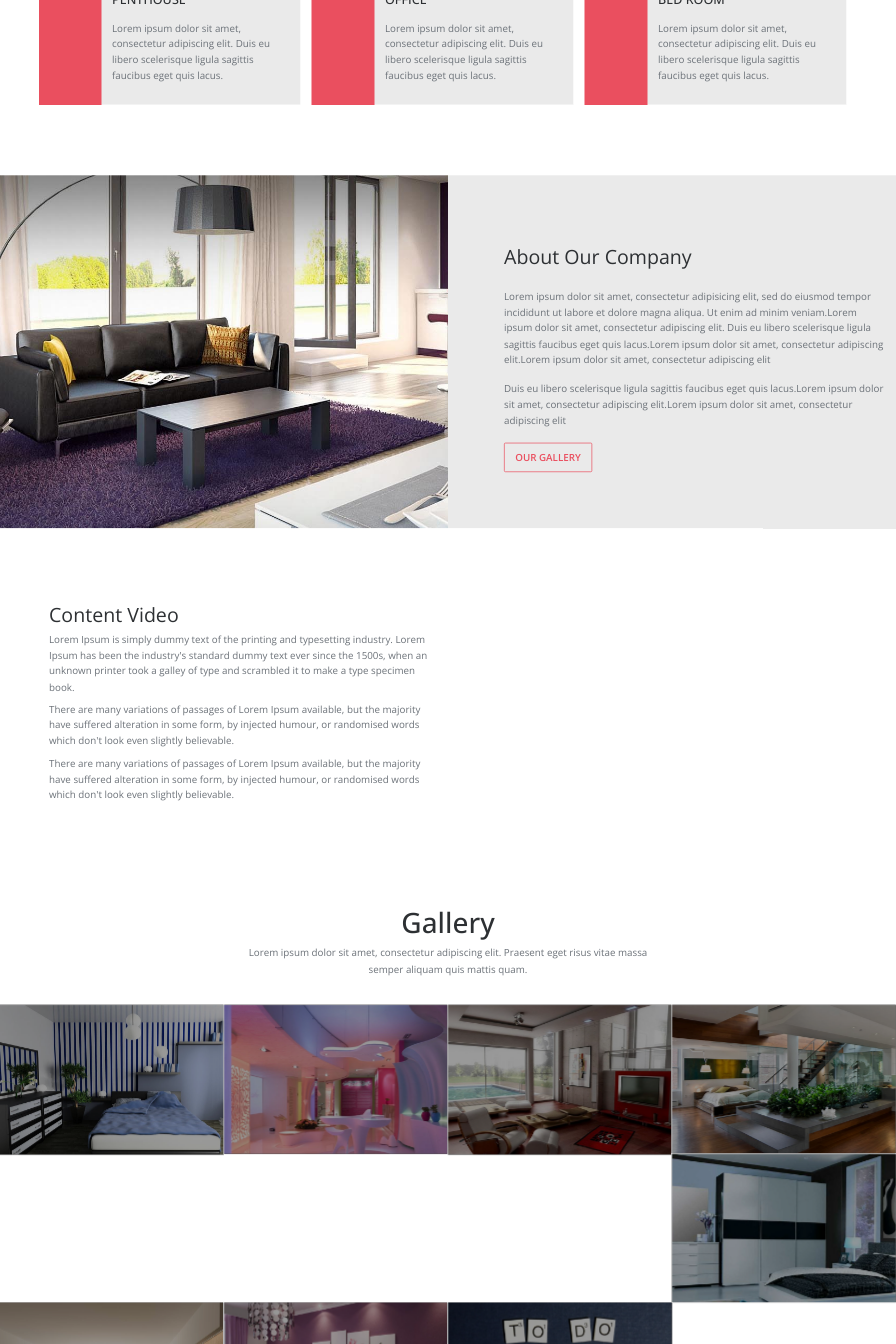
Repository: rahulkarale/AI
Page: workspace/index.html
The author's editor kept a record of every edit. The page is drawn from the files as they stood at one moment, then again after the next edit.
The browser window is 1280 px wide. The pictures show the part of the page from y = 1389 to 3309 px (the page is 5909 px tall before and 5819 px after), at 70% of full size.
Pictures or frames that could not be fetched are drawn as grey boxes. Some web libraries are served in a nearby version.

Above is the page before.

### workspace/index.html
<!doctype html>
<!--[if lt IE 7]>      <html class="no-js lt-ie9 lt-ie8 lt-ie7" lang=""> <![endif]-->
<!--[if IE 7]>         <html class="no-js lt-ie9 lt-ie8" lang=""> <![endif]-->
<!--[if IE 8]>         <html class="no-js lt-ie9" lang=""> <![endif]-->
<!--[if gt IE 8]><!-->
<html class="no-js" lang="">
<!--<![endif]-->

<head>
<meta charset="utf-8">
<meta name="description" content="">
<meta name="viewport" content="width=device-width, initial-scale=1">
<title>Associated Interio - Interior Design Bootstrap Template | WebThemez</title>
<link rel="stylesheet" href="css/bootstrap.min.css">
<link rel="stylesheet" href="css/flexslider.css">
<link rel="stylesheet" href="css/jquery.fancybox.css">
<link rel="stylesheet" href="css/main.css">
<link rel="stylesheet" href="css/responsive.css">
<link rel="stylesheet" href="css/font-icon.css">
<link rel="stylesheet" href="css/animate.min.css">
<link rel="stylesheet" href="https://maxcdn.bootstrapcdn.com/font-awesome/4.4.0/css/font-awesome.min.css">
</head>

<body>
<!-- header section -->
<section class="banner" role="banner">
  <header id="header">
    <div class="header-content clearfix"> <a class="logo" href="index.html">Associated Interio</a>
      <nav class="navigation" role="navigation">
        <ul class="primary-nav">
		 <li><a href="#banner">Home</a></li>
          <li><a href="#services">Services</a></li>
          <li><a href="#content-3-10">About</a></li>
          <li><a href="#gallery">Gallery</a></li>
          <li><a href="#teams">Our Team</a></li>
          <li><a href="#testimonials">Testimonials</a></li>
          <li><a href="#contact">Contact</a></li>
        </ul>
      </nav>
      <a href="#" class="nav-toggle">Menu<span></span></a> </div>
  </header>
  <!-- banner text -->
    <div class="banner" id="banner">
	<div class="slider-banner">
            <div data-lazy-background="images/slides/1.jpg">
                <h3 data-pos="['75%', '110%', '75%', '60%']" data-duration="700" data-effect="move">
                    Luxurious
                </h3>
                <h3 data-pos="['68%', '-40%', '68%', '45%']" data-duration="700" data-effect="move">
                    Enrich
                </h3>
            </div>
            <div data-lazy-background="images/slides/2.jpg">

                <h3 data-pos="['75%', '110%', '75%', '60%']" data-duration="700" data-effect="move">
                    Comfortable
                </h3>
                <h3 data-pos="['65%', '-40%', '65%', '45%']" data-duration="700" data-effect="move">
                    Elegant
                </h3>
            </div>

        </div>
      <!-- banner text -->
    </div>
</section>
<!-- header section -->
<!-- intro section -->
<section id="intro" class="section intro">
  <div class="container">
    <div class="col-md-8 col-md-offset-2 text-center">
      <h3>Interior Designers and Decorators</h3>
      <p>Lorem ipsum dolor sit amet, consectetur adipiscing elit. Duis eu libero scelerisque ligula sagittis faucibus eget quis lacus.Lorem ipsum dolor sit amet, consectetur adipiscing elit.Lorem ipsum dolor sit amet, consectetur adipiscing elit.</p>
    </div>
  </div>
</section>
<!-- intro section -->
<!-- services section -->
<section id="services" class="services service-section">
  <div class="container">
  <div class="section-header">
                <h2 class="wow fadeInDown animated">Our Services</h2>
                <p class="wow fadeInDown animated">Lorem ipsum dolor sit amet, consectetur adipiscing elit. Praesent eget risus vitae massa <br> semper aliquam quis mattis quam.</p>
            </div>
    <div class="row">
      <div class="col-md-4 col-sm-6 services text-center"> <span class="icon icon-strategy"></span>
        <div class="services-content">
          <h5>KITCHEN</h5>
          <p>Lorem ipsum dolor sit amet, consectetur adipiscing elit. Duis eu libero scelerisque ligula sagittis faucibus eget quis lacus.</p>
        </div>
      </div>
      <div class="col-md-4 col-sm-6 services text-center"> <span class="icon icon-briefcase"></span>
        <div class="services-content">
          <h5>LIVING ROOM</h5>
          <p>Lorem ipsum dolor sit amet, consectetur adipiscing elit. Duis eu libero scelerisque ligula sagittis faucibus eget quis lacus.</p>
        </div>
      </div>
      <div class="col-md-4 col-sm-6 services text-center"> <span class="icon icon-tools"></span>
        <div class="services-content">
          <h5>BATHROOM</h5>
          <p>Lorem ipsum dolor sit amet, consectetur adipiscing elit. Duis eu libero scelerisque ligula sagittis faucibus eget quis lacus.</p>
        </div>
      </div>
      <div class="col-md-4 col-sm-6 services text-center"> <span class="icon icon-genius"></span>
        <div class="services-content">
          <h5>PENTHOUSE</h5>
          <p>Lorem ipsum dolor sit amet, consectetur adipiscing elit. Duis eu libero scelerisque ligula sagittis faucibus eget quis lacus.</p>
        </div>
      </div>
      <div class="col-md-4 col-sm-6 services text-center"> <span class="icon icon-megaphone"></span>
        <div class="services-content">
          <h5>OFFICE</h5>
          <p>Lorem ipsum dolor sit amet, consectetur adipiscing elit. Duis eu libero scelerisque ligula sagittis faucibus eget quis lacus.</p>
        </div>
      </div>
      <div class="col-md-4 col-sm-6 services text-center"> <span class="icon icon-trophy"></span>
        <div class="services-content">
          <h5>BED ROOM</h5>
          <p>Lorem ipsum dolor sit amet, consectetur adipiscing elit. Duis eu libero scelerisque ligula sagittis faucibus eget quis lacus.</p>
        </div>
      </div>
    </div>
  </div>
</section>
<!-- services section -->
<!--About-->
<section id="content-3-10" class="content-block data-section nopad content-3-10">
	<div class="image-container col-sm-6 col-xs-12 pull-left">
		<div class="background-image-holder">

		</div>
	</div>

	<div class="container-fluid">
		<div class="row">
			<div class="col-sm-6 col-sm-offset-6 col-xs-12 content">
				<div class="editContent">
					<h3>About Our Company</h3>
				</div>
				<div class="editContent">
					<p>Lorem ipsum dolor sit amet, consectetur adipisicing elit, sed do eiusmod tempor incididunt ut labore et dolore magna aliqua. Ut enim ad minim veniam.Lorem ipsum dolor sit amet, consectetur adipiscing elit. Duis eu libero scelerisque ligula sagittis faucibus eget quis lacus.Lorem ipsum dolor sit amet, consectetur adipiscing elit.Lorem ipsum dolor sit amet, consectetur adipiscing elit</p>
					<p>Duis eu libero scelerisque ligula sagittis faucibus eget quis lacus.Lorem ipsum dolor sit amet, consectetur adipiscing elit.Lorem ipsum dolor sit amet, consectetur adipiscing elit</p>
				</div>
				<a href="#gallery" class="btn btn-outline btn-outline outline-dark">Our Gallery</a>
			</div>
		</div><!-- /.row-->
	</div><!-- /.container -->
</section>


<!-- package section -->
<section class="video-section">
  <div class="container">
    <div class="row">
            <div id="content24" data-section="content-24" class="data-section">
    		<div class="col-md-6">
				<h3 class="eidtContent">Content Video</h3>
				<p class="eidtContent">Lorem Ipsum is simply dummy text of the printing and typesetting industry. Lorem Ipsum has been the industry's standard dummy text ever since the 1500s, when an unknown printer took a galley of type and scrambled it to make a type specimen book.</p>
   				<p class="editContent">There are many variations of passages of Lorem Ipsum available, but the majority have suffered alteration in some form, by injected humour, or randomised words which don't look even slightly believable.</p>
				<p class="editContent">There are many variations of passages of Lorem Ipsum available, but the majority have suffered alteration in some form, by injected humour, or randomised words which don't look even slightly believable.</p>
    		</div>
			<div class="col-md-6">
				<div class="embed-responsive embed-responsive-16by9">
				  <iframe class="embed-responsive-item" src="https://player.vimeo.com/video/146742515?badge=0" allowfullscreen=""></iframe>
				</div>
			</div>
    	</div>
			</div><!-- end row -->
  </div>
</section>
<!-- package section -->

<!-- gallery section -->
<section id="gallery" class="gallery section">
  <div class="container-fluid">
    <div class="section-header">
                <h2 class="wow fadeInDown animated">Gallery</h2>
                <p class="wow fadeInDown animated">Lorem ipsum dolor sit amet, consectetur adipiscing elit. Praesent eget risus vitae massa <br> semper aliquam quis mattis quam.</p>
            </div>
    <div class="row no-gutter">
      <div class="col-lg-3 col-md-6 col-sm-6 work"> <a href="images/portfolio/01.jpg" class="work-box"> <img src="images/portfolio/01.jpg" alt="">
        <div class="overlay">
          <div class="overlay-caption">
             <p><span class="icon icon-magnifying-glass"></span></p>
          </div>
        </div>
        <!-- overlay -->
        </a> </div>
      <div class="col-lg-3 col-md-6 col-sm-6 work"> <a href="images/portfolio/02.jpg" class="work-box"> <img src="images/portfolio/02.jpg" alt="">
        <div class="overlay">
          <div class="overlay-caption">
            <p><span class="icon icon-magnifying-glass"></span></p>
          </div>
        </div>
        <!-- overlay -->
        </a> </div>
      <div class="col-lg-3 col-md-6 col-sm-6 work"> <a href="images/portfolio/03.jpg" class="work-box"> <img src="images/portfolio/03.jpg" alt="">
        <div class="overlay">
          <div class="overlay-caption">
            <p><span class="icon icon-magnifying-glass"></span></p>
          </div>
        </div>
        <!-- overlay -->
        </a> </div>
      <div class="col-lg-3 col-md-6 col-sm-6 work"> <a href="images/portfolio/04.jpg" class="work-box"> <img src="images/portfolio/04.jpg" alt="">
        <div class="overlay">
          <div class="overlay-caption">
            <p><span class="icon icon-magnifying-glass"></span></p>
          </div>
        </div>
        <!-- overlay -->
        </a> </div>
      <div class="col-lg-3 col-md-6 col-sm-6 work"> <a href="images/portfolio/05.jpg" class="work-box"> <img src="images/portfolio/05.jpg" alt="">
        <div class="overlay">
          <div class="overlay-caption">
            <p><span class="icon icon-magnifying-glass"></span></p>
          </div>
        </div>
        <!-- overlay -->
        </a> </div>
      <div class="col-lg-3 col-md-6 col-sm-6 work"> <a href="images/portfolio/06.jpg" class="work-box"> <img src="images/portfolio/06.jpg" alt="">
        <div class="overlay">
          <div class="overlay-caption">
            <p><span class="icon icon-magnifying-glass"></span></p>
          </div>
        </div>
        <!-- overlay -->
        </a> </div>
      <div class="col-lg-3 col-md-6 col-sm-6 work"> <a href="images/portfolio/07.jpg" class="work-box"> <img src="images/portfolio/07.jpg" alt="">
        <div class="overlay">
          <div class="overlay-caption">
            <p><span class="icon icon-magnifying-glass"></span></p>
          </div>
        </div>
        <!-- overlay -->
        </a> </div>
      <div class="col-lg-3 col-md-6 col-sm-6 work"> <a href="images/portfolio/08.jpg" class="work-box"> <img src="images/portfolio/08.jpg" alt="">
        <div class="overlay">
          <div class="overlay-caption">
             <p><span class="icon icon-magnifying-glass"></span></p>
          </div>
        </div>
        <!-- overlay -->
        </a> </div>
    </div>
  </div>
</section>
<!-- gallery section -->
<!-- our team section -->
<section id="teams" class="section teams">
  <div class="container">
      <div class="section-header">
                <h2 class="wow fadeInDown animated">Our Team</h2>
                <p class="wow fadeInDown animated">Lorem ipsum dolor sit amet, consectetur adipiscing elit. Praesent eget risus vitae massa <br> semper aliquam quis mattis quam.</p>
            </div>
    <div class="row">
      <div class="col-md-3 col-sm-6">
        <div class="person"><img src="images/team-1.jpg" alt="" class="img-responsive">
          <div class="person-content">
            <h4>Jonh Dow</h4>
            <h5 class="role">Founder</h5>
            <p>Lorem ipsum dolor sit amet, consectetur adipiscing elit eget risus vitae massa.</p>
          </div>
          <ul class="social-icons clearfix">
            <li><a href="#"><span class="fa fa-facebook"></span></a></li>
            <li><a href="#"><span class="fa fa-twitter"></span></a></li>
            <li><a href="#"><span class="fa fa-google-plus"></span></a></li>
          </ul>
        </div>
      </div>
      <div class="col-md-3 col-sm-6">
        <div class="person"> <img src="images/team-2.jpg" alt="" class="img-responsive">
          <div class="person-content">
            <h4>Markus Linn</h4>
            <h5 class="role">Creative</h5>
            <p>Lorem ipsum dolor sit amet, consectetur adipiscing elit eget risus vitae massa.</p>
          </div>
          <ul class="social-icons clearfix">
            <li><a href="#" class=""><span class="fa fa-facebook"></span></a></li>
            <li><a href="#" class=""><span class="fa fa-twitter"></span></a></li>
            <li><a href="#" class=""><span class="fa fa-google-plus"></span></a></li>
          </ul>
        </div>
      </div>
      <div class="col-md-3 col-sm-6">
        <div class="person"> <img src="images/team-3.jpg" alt="" class="img-responsive">
          <div class="person-content">
            <h4>Chris Jemes</h4>
            <h5 class="role">Technical</h5>
            <p>Lorem ipsum dolor sit amet, consectetur adipiscing elit eget risus vitae massa.</p>
          </div>
          <ul class="social-icons clearfix">
            <li><a href="#" class=""><span class="fa fa-facebook"></span></a></li>
            <li><a href="#" class=""><span class="fa fa-twitter"></span></a></li>
            <li><a href="#" class=""><span class="fa fa-google-plus"></span></a></li>
          </ul>
        </div>
      </div>
      <div class="col-md-3 col-sm-6">
        <div class="person"> <img src="images/team-4.jpg" alt="" class="img-responsive">
          <div class="person-content">
            <h4>Vintes Mars</h4>
            <h5 class="role">Marketing</h5>
            <p>Lorem ipsum dolor sit amet, consectetur adipiscing elit eget risus vitae massa.</p>
          </div>
          <ul class="social-icons clearfix">
            <li><a href="#" class=""><span class="fa fa-facebook"></span></a></li>
            <li><a href="#" class=""><span class="fa fa-twitter"></span></a></li>
            <li><a href="#" class=""><span class="fa fa-google-plus"></span></a></li>
          </ul>
        </div>
      </div>
    </div>
  </div>
</section>
<!-- our team section -->
<!-- Testimonials section -->
<section id="testimonials" class="section testimonials no-padding">
  <div class="container-fluid">
    <div class="row no-gutter">
      <div class="flexslider">
        <ul class="slides">
          <li>
            <div class="col-md-12">
              <blockquote>
                <h1>"Lorem ipsum dolor sit amet, consectetur adipiscing elit. Praesent eget risus vitae massa
semper aliquam quis mattis consectetur adipiscing elit.." </h1>
                <p>Chris Mentsl</p>
              </blockquote>
            </div>
          </li>
          <li>
            <div class="col-md-12">
              <blockquote>
                <h1>"Praesent eget risus vitae massa Lorem ipsum dolor sit amet, consectetur adipiscing elit. Praesent eget risus vitae massa
semper aliquam quis mattis consectetur adipiscing elit.." </h1>
                <p>Kristean velnly</p>
              </blockquote>
            </div>
          </li>
          <li>
            <div class="col-md-12">
              <blockquote>
                <h1>"Consectetur adipiscing elit Lorem ipsum dolor sit amet, consectetur adipiscing elit. Praesent eget risus vitae massa
semper aliquam quis mattis consectetur adipiscing elit.." </h1>
                <p>Markus Denny</p>
              </blockquote>
            </div>
          </li>
          <li>
            <div class="col-md-12">
              <blockquote>
                <h1>"Vitae massa semper aliquam Lorem ipsum dolor sit amet, consectetur adipiscing elit. Praesent eget risus vitae massa
semper aliquam quis mattis consectetur adipiscing elit.." </h1>
                <p>John Doe</p>
              </blockquote>
            </div>
          </li>
        </ul>
      </div>
    </div>
  </div>
</section>
<!-- Testimonials section -->

<!-- contact section -->
<section id="contact" class="section">
  <div class="container">
      <div class="section-header">
                <h2 class="wow fadeInDown animated">Contact Us</h2>
                <p class="wow fadeInDown animated">Lorem ipsum dolor sit amet, consectetur adipiscing elit. Praesent eget risus vitae massa <br> semper aliquam quis mattis quam.</p>
            </div>
    <div class="row">
      <div class="col-md-8 col-md-offset-2 conForm">
        <div id="message"></div>
        <form method="post" action="php/contact.php" name="cform" id="cform">
          <input name="name" id="name" type="text" class="col-xs-12 col-sm-12 col-md-12 col-lg-12" placeholder="Your name..." >
          <input name="email" id="email" type="email" class=" col-xs-12 col-sm-12 col-md-12 col-lg-12 noMarr" placeholder="Email Address..." >
          <textarea name="comments" id="comments" cols="" rows="" class="col-xs-12 col-sm-12 col-md-12 col-lg-12" placeholder="Message..."></textarea>
          <input type="submit" id="submit" name="send" class="submitBnt" value="Send">
          <div id="simple-msg"></div>
        </form>
        <ul class="social-icons clearfix">
            <li><a href="#"><span class="fa fa-facebook"></span></a></li>
            <li><a href="#"><span class="fa fa-twitter"></span></a></li>
            <li><a href="#"><span class="fa fa-google-plus"></span></a></li>
          </ul>
      </div>
    </div>
  </div>
</section>
<!-- contact section -->
<!-- Footer section -->
<footer class="footer">
<div class="container-fluid">
<div id="map-row" class="row">
    <div class="col-xs-12">
    	<iframe width="100%" height="400" frameborder="0" scrolling="no" marginheight="0" marginwidth="0" src="https://maps.google.co.uk/maps?f=q&source=s_q&hl=en&geocode=&q=15+Springfield+Way,+Hythe,+CT21+5SH&aq=t&sll=52.8382,-2.327815&sspn=8.047465,13.666992&ie=UTF8&hq=&hnear=15+Springfield+Way,+Hythe+CT21+5SH,+United+Kingdom&t=m&z=14&ll=51.077429,1.121722&output=embed"></iframe>

          <div id="map-overlay" class="col-xs-5 col-xs-offset-6" style="">
    		<h2 style="margin-top:0;color:#fff;">Contact us</h2>
    		<address style="color:#fff;">
    			<strong>Company name</strong><br>
    			1234 Street Dr.<br>
    			Vancouver, BC<br>
    			Canada<br>
    			V6G 1G9<br>
    			<abbr title="Phone">Tel:</abbr> (604) 555-4321
    		</address>
			  © 2018 Company Name. Template by <a target="_blank" href="http://webthemez.com/interior-design/" title="Bootstrap Themes and HTML Templates">ABCD</a>
    	</div>
    </div>
	 </div>
</div>
</footer>
<!-- Footer section -->
<!-- JS FILES -->
<script src="https://ajax.googleapis.com/ajax/libs/jquery/1.11.3/jquery.min.js"></script>
<script src="js/bootstrap.min.js"></script>
<script src="js/jquery.flexslider-min.js"></script>
<script src="js/jquery.fancybox.pack.js"></script>
<script src="js/retina.min.js"></script>
<script src="js/modernizr.js"></script>
<script src="js/main.js"></script>
<script type="text/javascript" src="js/jquery.contact.js"></script>
<script type="text/javascript" src="js/jquery.devrama.slider.min-0.9.4.js"></script>
<script type="text/javascript">
		$(document).ready(function(){
			$('.slider-banner').DrSlider({
				'transition': 'fade',
				showNavigation: false,
				progressColor: "#9F1F22"
			});
		});
	</script>
</body>
</html>

### workspace/css/responsive.css
@media screen and (max-width: 1024px) {
 #header .header-content {
 width: 90%;
 padding: 40px 0;
}
 #header.fixed a {
 color: #353535;
}
 .nav-toggle {
 display: block;
}
 .navigation {
 position: fixed;
 background-color: #313131;
 width: 100%;
 height: 100%;
 top: 0;
 left: 0;
 z-index: 99999;
 visibility: hidden;
 opacity: 0;
 -webkit-transition: opacity 0.5s, visibility 0s 0.5s;
 transition: opacity 0.5s, visibility 0s 0.5s;
}
 .navigation .primary-nav {
 position: relative;
 top: 45%;
 -moz-transform: translateY(-45%);
 -ms-transform: translateY(-45%);
 -webkit-transform: translateY(-45%);
 transform: translateY(-45%);
}
 .navigation li {
 display: block;
 margin-bottom: 1px;
}
 .navigation a {
 display: block;
 font-size: 18px;
 margin: 0;
 text-align: center;
 padding: 17px 0;
 color: #fff;
}
 .person {
 margin: 0 auto 50px;
}
 .person-content {
 text-align: center;
}
 .person .social-icons li {
 display: inline-block;
 float: none;
 margin-bottom: 5px;
}
 .testimonials blockquote {
 padding: 20px 5% 0;
}
 .testimonials p {
 font-size: 12px;
}
 .flex-control-nav {
 bottom: 20px;
}
}
@media screen and (max-width: 768px) {
#header.fixed a {
    color: #fff;
}
#header.fixed a.logo{
	 color: #000;
}
 .banner-text {
 padding-top: 30%;
}
 .banner-text h1 {
 font-size: 42px;
}
 .banner-text p {
 font-size: 18px;
}
 .flexslider {
 padding-bottom: 80px;
}
 .flex-control-nav {
 width: 100%;
}
 .footer .footer-col {
 margin-bottom: 50px;
}
}
@media screen and (max-width: 640px) {
 .banner-text {
 padding-top: 57%;
}
 .testimonials p {
 font-size: 12px;
}
@media screen and (max-width: 480px) {
 .banner-text {
 padding-top: 45%;
}
 .banner-text h1 {
 font-size: 32px;
}
 .testimonials p {
 font-size: 12px;
}
@media screen and (max-width: 320px) {
 .banner-text {
 padding-top: 55%;
}
 .testimonials blockquote {
 padding: 20px 5% 0;
}
 .testimonials p {
 font-size: 12px;
}
}

Loaded but not shown: workspace/css/bootstrap.min.css (library); workspace/css/jquery.fancybox.css (library); workspace/css/animate.min.css (library); workspace/js/bootstrap.min.js (library); workspace/js/jquery.flexslider-min.js (library); workspace/js/jquery.fancybox.pack.js (library); workspace/js/retina.min.js (common file); workspace/js/modernizr.js (library); workspace/js/jquery.contact.js (common file); workspace/js/jquery.devrama.slider.min-0.9.4.js (library); workspace/js/main.js (57 lines, source omitted); workspace/css/main.css (836 lines, source omitted); workspace/css/flexslider.css (262 lines, source omitted); workspace/css/font-icon.css (318 lines, source omitted)

After the next edit:
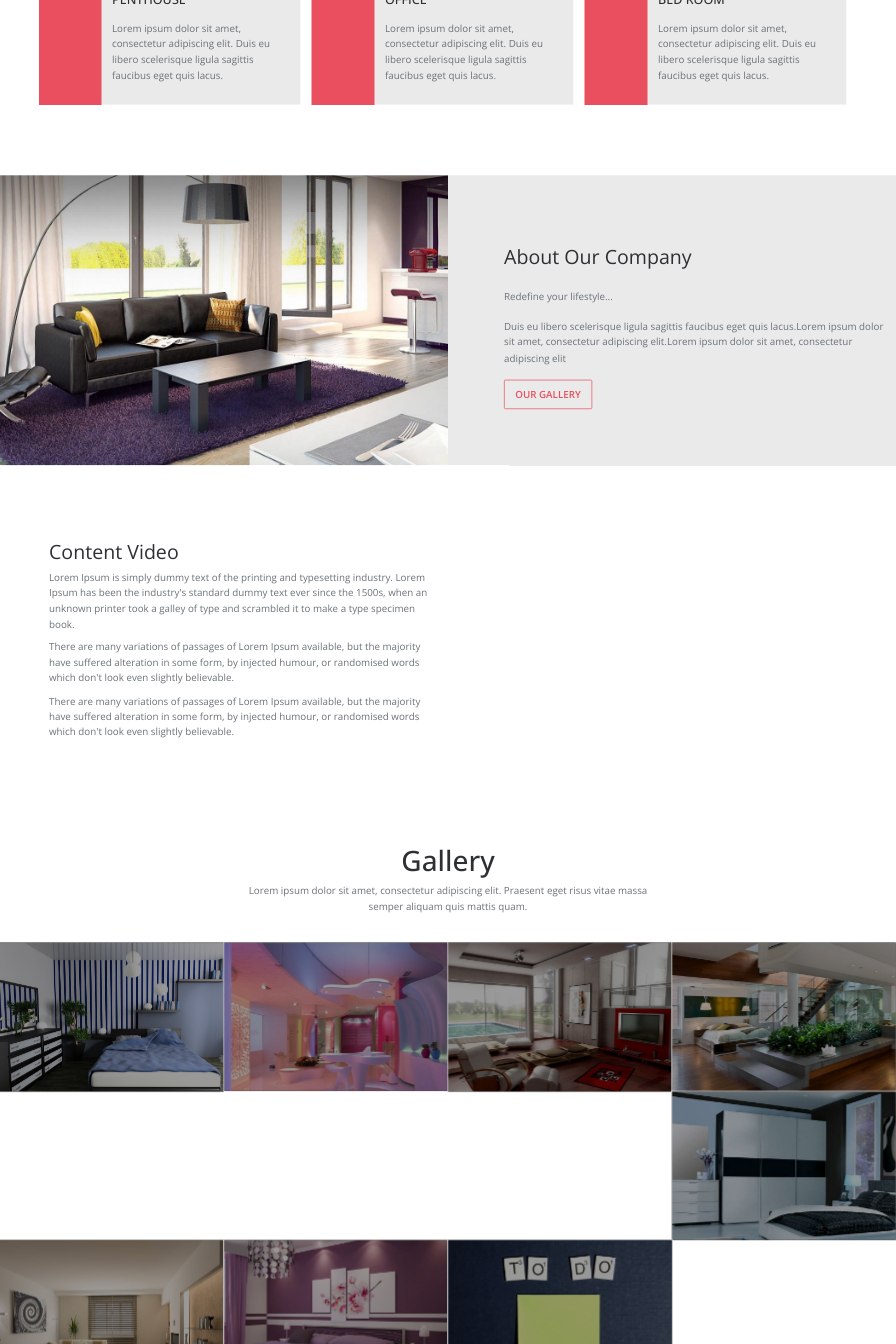
The edit:
--- a/workspace/index.html
+++ b/workspace/index.html
@@ -138,7 +138,7 @@
 					<h3>About Our Company</h3>
 				</div>
 				<div class="editContent">
-					<p>Lorem ipsum dolor sit amet, consectetur adipisicing elit, sed do eiusmod tempor incididunt ut labore et dolore magna aliqua. Ut enim ad minim veniam.Lorem ipsum dolor sit amet, consectetur adipiscing elit. Duis eu libero scelerisque ligula sagittis faucibus eget quis lacus.Lorem ipsum dolor sit amet, consectetur adipiscing elit.Lorem ipsum dolor sit amet, consectetur adipiscing elit</p>
+					<p>Redefine your lifestyle...</p>
 					<p>Duis eu libero scelerisque ligula sagittis faucibus eget quis lacus.Lorem ipsum dolor sit amet, consectetur adipiscing elit.Lorem ipsum dolor sit amet, consectetur adipiscing elit</p>
 				</div>
 				<a href="#gallery" class="btn btn-outline btn-outline outline-dark">Our Gallery</a>
